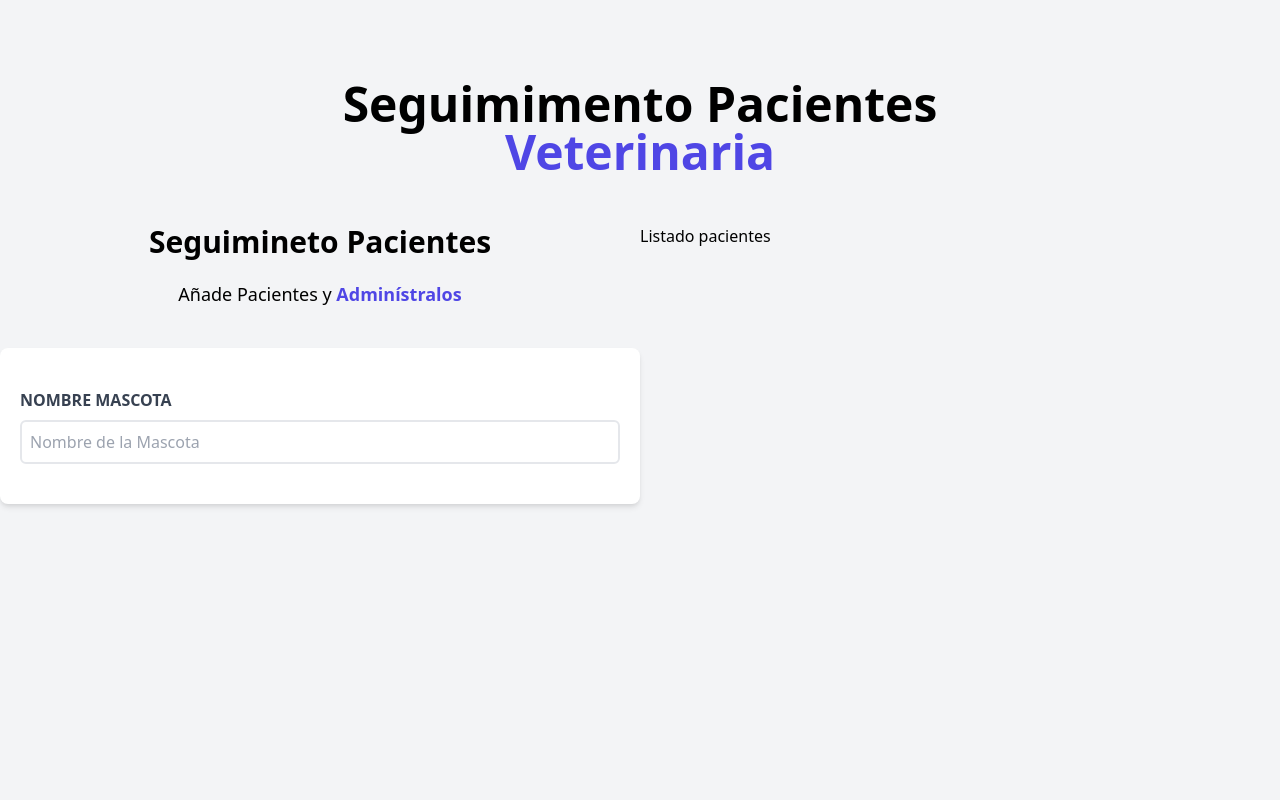
Repository: rlaureano/citas_react
Page: /
The author's editor kept a copy of each file at every save. The page is drawn from the files as they stood at one save, then again after the next save.
The browser window is 1280 px wide. The pictures show the whole page.
The project was rebuilt for these pictures with package versions that can differ from the ones it lists, and the page was loaded fresh each time. Also part of the build but not shown: vite.config.js.

Above is the page before, as saved 2022-01-11 22:16:13.

### src/App.jsx
import Formulario from "./components/Formulario"
import Header from "./components/Header"
import ListadoPacientes from "./components/ListadoPacientes"

function App() {

  return (
    <div className="container mx-auto mt-20">
      <Header  />
      <div className="mt-12 md:flex">
        <Formulario  />
        <ListadoPacientes />
      </div>
    </div>
  )
}

export default App

### src/components/Formulario.jsx
import React from 'react'

const Formulario = () => {
  return (
    <div className="md:w-1/2 lg:w2/5">

      <h2 className="font-black text-3xl text-center">Seguimineto Pacientes</h2>

      <p className="text-lg mt-5 text-center mb-10">
        Añade Pacientes y {''}
        <span className="text-indigo-600 font-bold text-lg">Adminístralos</span>
      </p>

      <form action="" className="bg-white shadow-md rounded-lg py-10 px-5">
        <div>
          <label htmlFor="mascota" className="block text-gray-700 uppercase font-bold">Nombre Mascota</label>
          <input
            id='mascota'
            type="text"
            placeholder="Nombre de la Mascota"
            className="border-2 w-full p-2 mt-2 placeholder-gray-400 rounded-md"
          />
        </div>
      </form>

    </div>
  )
}

export default Formulario

### src/components/Header.jsx
function Header() {
  return (

      <h1 className="font-black text-5xl text-center md:w-2/3 mx-auto">Seguimimento Pacientes {''}
        <span className="text-indigo-600">Veterinaria</span>
      </h1>

  )
}

export default Header

### src/components/ListadoPacientes.jsx
import React from 'react'

const ListadoPacientes = () => {
  return (
    <div className="w-1/2 ld:w-3/5">
      <h2>Listado pacientes</h2>
    </div>
  )
}

export default ListadoPacientes

### tailwind.config.js
module.exports = {
  purge: ["./index.html", "./src/**/*.{jsx}"],
  content: [],
  theme: {
    extend: {},
  },
  plugins: [],
}

Loaded but not shown: index.html (common file); src/main.jsx (common file); src/index.css (common file)

After the next save:
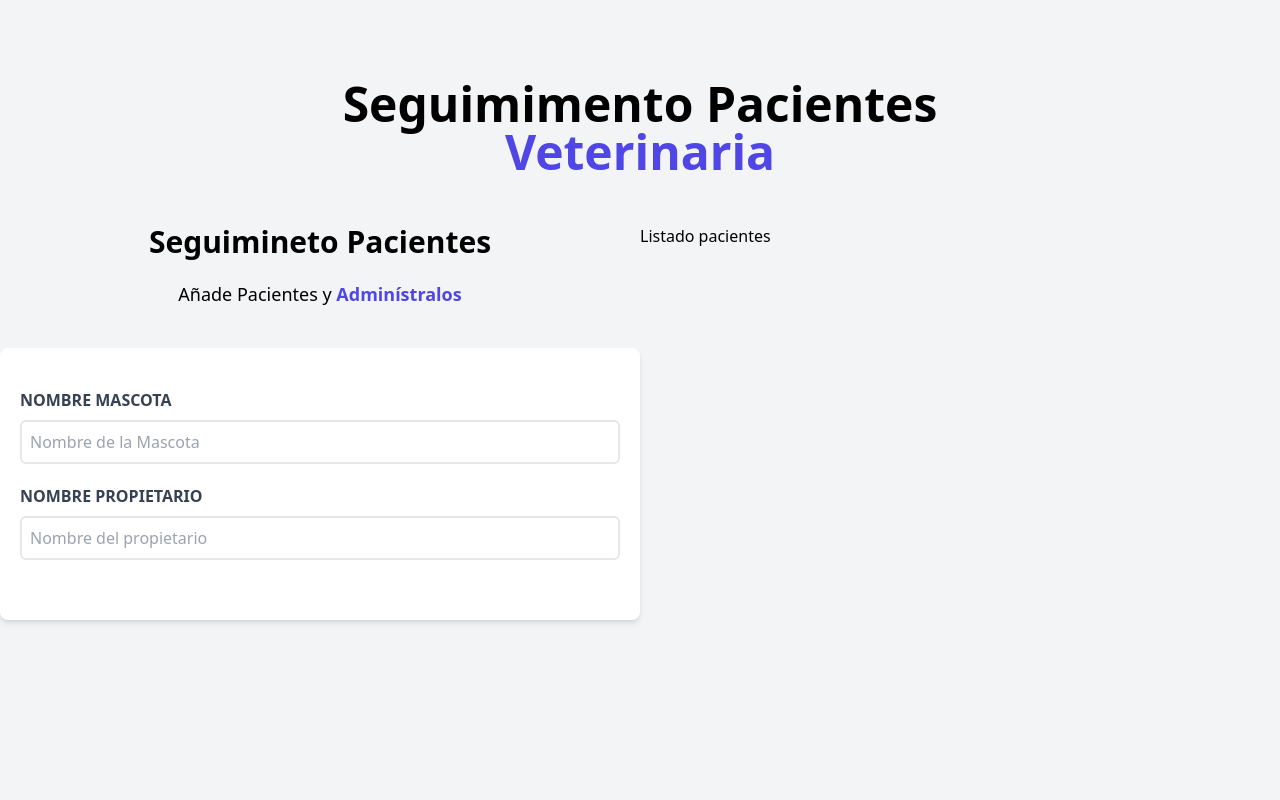
Saved 46 min 52 s later.
--- a/src/components/Formulario.jsx
+++ b/src/components/Formulario.jsx
@@ -12,12 +12,22 @@ const Formulario = () => {
       </p>
 
       <form action="" className="bg-white shadow-md rounded-lg py-10 px-5">
-        <div>
+        <div className="mb-5">
           <label htmlFor="mascota" className="block text-gray-700 uppercase font-bold">Nombre Mascota</label>
           <input
             id='mascota'
             type="text"
             placeholder="Nombre de la Mascota"
+            className="border-2 w-full p-2 mt-2 placeholder-gray-400 rounded-md"
+          />
+        </div>
+
+        <div className="mb-5">
+          <label htmlFor="propietario" className="block text-gray-700 uppercase font-bold">Nombre Propietario</label>
+          <input
+            id='propietario'
+            type="text"
+            placeholder="Nombre del propietario"
             className="border-2 w-full p-2 mt-2 placeholder-gray-400 rounded-md"
           />
         </div>
